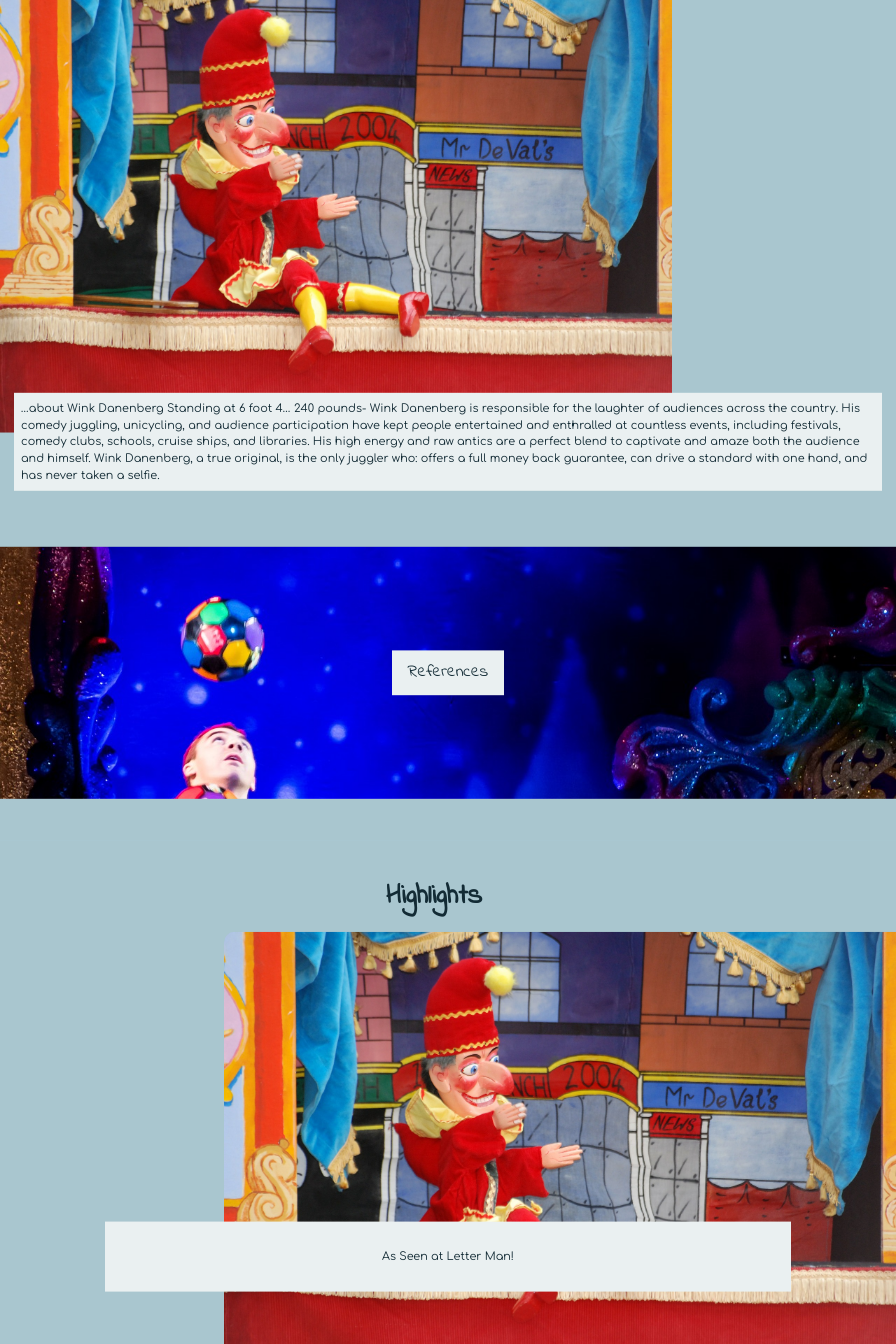
Repository: Sbethm/wink
Page: index.html
The author's editor kept a copy of each file at every save. The page is drawn from the files as they stood at one save, then again after a run of saves.
The browser window is 1280 px wide. The pictures show the part of the page from y = 1433 to 3353 px (the page is 5471 px tall), at 70% of full size.
The style sheet was rebuilt from its Sass, Less or Tailwind sources for each picture, by a compiler version that may differ from the author's.

Above is the page before, as saved 2021-09-07 17:30:04.

### index.html
<!DOCTYPE html>
<html lang="en">
<head>
    <meta charset="UTF-8">
    <meta http-equiv="X-UA-Compatible" content="IE=edge">
    <meta name="viewport" content="width=device-width, initial-scale=1.0">
    <link rel="preconnect" href="https://fonts.googleapis.com">
    <link rel="preconnect" href="https://fonts.gstatic.com" crossorigin>
    <link href="https://fonts.googleapis.com/css2?family=Acme&family=Comfortaa:wght@400;500;600;700&family=Indie+Flower&display=swap" rel="stylesheet">
    <!--
        font-family: 'Acme', sans-serif;
        font-family: 'Comfortaa', cursive;
        font-family: 'Indie Flower', cursive;
    -->

    <link rel="stylesheet" href="./CSS/main.css">
    <title>Wink Danenberg: The Greatest Showman</title>
</head>
<body>
    <header id="headerBg">
        <h1 id="logo">Wink</h1>
        <div class="menu--btn">
            <ul class="menu">
                <li class="menu--item">Shows</li>
                <li class="menu--item">Wink</li>
                <li class="menu--item">Calender</li>
                <li class="menu--item">Contact</li>
            </ul>
        </div>
    </header>
    <main>
        <section class="main--slideshow">
            <!--images are set on automatic slide-->
                <img src="./img/img1.jpg" alt="" id="slide--img">
                <img src="./img/img2.jpg" alt="" id="slide--img">
                <img src="./img/img3.jpg" alt="" id="slide--img">
            <div class="slideshow--quote">Comedy for the Whole Family!</div>
        </section>
        <!--EVENTS-
            Description of Wink's shows. What does he do? Who are the shows geared towards? etc.-->
        <section class="event">
            <div class="container container--event">
                <a href="./events.html"><h2 class="heading--center">Events</h2></a>
                <p class="info--short center">Do you want a man who can tickle your funny bone? Look no further than Wink!</p>
                <div class="event--slideshow">
                    <!--each div is set on a swipe slide-->
                    <a href=""><div class="event--retreats event--slide">
                        <p class="event--type">Retreats</p>
                    </div></a>
                    <a href=""><div class="event--schools event--slide">
                        <p class="event--type">Schools</p>
                    </div></a>
                    <a href=""><div class="event--events event--slide">
                        <p class="event--type">Events</p>
                    </div></a>
                </div>
            </div>
        </section>
         <!--WINK-
            Who is Wink? A little about Wink and his past experience as a showman -->
        <section class="wink">
            <div class="container container--wink">
                <h2 class="heading--center">Wink Danenberg</h2>
                <div class="img--container">
                    <img src="./img/img2.jpg" alt="" class="img--set--left js--scroll">
                </div>
                <p class="text--full--center">
                    …about Wink Danenberg
                    Standing at 6 foot 4… 240 pounds- Wink Danenberg is responsible for the laughter of audiences  across the country. His comedy juggling, unicycling, and audience participation have kept people  entertained and enthralled at countless events, including festivals, comedy clubs, schools, cruise
                    ships, and libraries. His high energy and raw antics are a perfect blend to captivate and amaze  both the audience and himself. Wink Danenberg, a true original, is the only juggler who: offers a  full money back guarantee, can drive a standard with one hand, and has never taken a selfie.
                </p>
            </div>
        </section>
         <!--REFERENCES-
            A section with a link to references for Wink's shows-->
        <section class="references cover">
            <!--CHANGE BTN TO DIV-->
            <button class="reference--btn">References</button>
        </section>
         <!--EXPERIENCE HIGHLIGHTS-
            A section that shows some of the highlights of his experience-->
        <section class="experience">
            <div class="container container--experience">
                <h2 class="heading--center">Highlights</h2>
                <div class="experience--block">
                    <img src="./img/img2.jpg" alt="" class="img--set--right js--scroll">
                <p class="text--small--center">As Seen at Letter Man!</p>
                </div>
                <div class="experience--block">
                    <img src="./img/img2.jpg" alt="" class="img--set--left js--scroll">
                    <p class="text--small--center">As Seen at Letter Man!</p>
                </div>
                <div class="experience--block">
                        <img src="./img/img2.jpg" alt="" class="img--set--right js--scroll">
                    <p class="text--small--center">As Seen at Letter Man!</p>
                </div>
            </div>
        </section>
         <!--CONTACT-
            email and (maybe) phone information about how to contact Wink-->
        <section class="contact cover">
            <button class="contact--btn">Contact</button>
        </section>
    </main>
    <footer></footer>
    <script src="./JS/main.js"></script>
</body>
</html>

### JS/main.js
/*
 TABLE OF CONTENTS
    1.
    2.
    3.
    4.
    5.
*/


//1. HEADER CAROUSEL
    //Header variables
    const slides = document.querySelectorAll('#slide--img');
    const headerBg = document.getElementById('headerBg');
    const logo = document.getElementById('logo');

    //Changing header on scroll
    window.onscroll = function() {
        if (window.scrollY > 130) {
            headerBg.style.background = 'rgb(234, 240, 241)';
            headerBg.style.borderBottom = 'solid 1px rgb(19, 43, 53)';
            logo.style.color = 'rgb(19, 43, 53)';
        } else {
            headerBg.style.background = 'none';
            headerBg.style.borderBottom = 'solid 1px rgb(234, 240, 241)';
            logo.style.color = 'rgb(234, 240, 241)';
        }
    }

    //Index main slideshow
    setInterval(nextImg, 4000);

    let currentImg = 0;
    slides[currentImg].style.opacity = 1;

    function nextImg() {
        slides[currentImg].style.opacity = 0;
        currentImg = (currentImg + 1) % slides.length;
        slides[currentImg].style.opacity = 1;
    }

//2. SCROLL ANIMATIONS
    //Scroll variables
    const scrollElements = document.querySelectorAll(".js--scroll");
    const fromLeftElements = document.querySelectorAll(".img--set--left");
    const fromRightElements = document.querySelectorAll(".img--set--right");

    //When element is on screen or off scree
    const elementInView = (el) => {
    const elementTop = el.getBoundingClientRect().top;

    return (
        elementTop <=
        (window.innerHeight || document.documentElement.clientHeight));
    };

    const elementOutofView = (el) => {
    const elementTop = el.getBoundingClientRect().top;

    return (
        elementTop > (window.innerHeight || document.documentElement.clientHeight)
    );
    };

    //Fade-In & Fade-out functions
    const displayScrollElement = (element) => {
    element.classList.add("scrolled");
    };
    const hideScrollElement = (element) => {
    element.classList.remove("scrolled");
    };

    //Shift left functions
    const shiftOnScreenLeft = (el) => {
        el.classList.add('shifted--from--left');
    }
    const shiftOffScreenLeft = (el) => {
        el.classList.remove('shifted--from--left');
    }

    //Shift right functions into view
    const shiftOnScreenRight = (el) => {
        el.classList.add('shifted--from--right');
    }
    const shiftOffScreenRight = (el) => {
        el.classList.remove('shifted--from--right');
    }


const handleOpacityAnimation = () => {
  scrollElements.forEach((el) => {
    if (elementInView(el)) {
        displayScrollElement(el);
    } else if (elementOutofView(el)) {
        hideScrollElement(el)
    }
  })
}

const handleShiftAnimationLeft = () => {
    fromLeftElements.forEach((el) => {
    if (elementInView(el)) {
        shiftOnScreenLeft(el)
    } else if (elementOutofView(el)) {
        shiftOffScreenLeft(el)
    }
  })
}

const handleShiftAnimationRight = () => {
    fromRightElements.forEach((el) => {
    if (elementInView(el)) {
        shiftOnScreenRight(el)
    } else if (elementOutofView(el)) {
        shiftOffScreenRight(el)
    }
  })
}

window.addEventListener("scroll", () => {
    handleOpacityAnimation();
    handleShiftAnimationLeft();
    handleShiftAnimationRight();
})

// const fadeEl = document.querySelectorAll('.js--scroll');

// fadeEl.forEach((el) => {
//     el.style.opacity = '0';
// });

// const elInView = (el) => {
//     const elementTop = el.getBoundingClientRect().top;
//     return (elementTop <= window.innerHeight || document.documentElement.clientHeight);
// }

// const displayElement = (el) => {
//     el.classList.add('scrolled');
// }

// const scrollAnimation = () => {
//     fadeEl.forEach((el) => {
//         if(elInView(el, 100)){
//             displayElement(el);
//         }
//     })
// }

// window.addEventListener("scroll", () => {
//     scrollAnimation();
//   });

//SLIDE-IN

### SCSS/main.scss
@import "./resets", "./variables";


//GENERAL STYLING
body{
    width: 100vw;
    background-color: $bgColor1;
    overflow-x: hidden;
}

main {
    overflow-x: hidden;
}

section {
    width: 100vw;
    height: fit-content;
    background-color: $bgColor1;
    color: $accentColor1;
    font-family: $mainFont;
    font-size: 1rem;
}

.container {
    margin: 60px 20px;
    padding: 60px 0;
    width: calc(100vw - 40px);
    background-color: $bgColor1;
    border-bottom: solid 2px $accentColor2;
}

.heading--center {
    padding-bottom: 30px;
    width: 100%;
    font-family: $accentFont;
    font-size: 2.5rem;
    text-align: center;
}

a {
    text-decoration: none;
}

p {
    font-family: $mainFont;
    font-size: 1rem;
    line-height: 1.5rem;
}

.center {
    padding-bottom: 30px;
    width: 100%;
    text-align: center;
}

//HEADER AND MAIN SLIDESHOW
header {
    position: fixed;
    top: 0;
    height: 4rem;
    width: 100vw;
    padding: 1rem;
    z-index: 9;
    overflow: hidden;
    background: aliceblue;
    border-bottom: solid 1px rgb(13, 81, 139);
    transition: all 0.50s ease-in;
    box-sizing: border-box;

    & h1 {
        font-family: $accentFont;
        font-size: 2rem;
        color: rgb(13, 81, 139);
        transition: all 0.50s ease-in;
    }
}

.menu--item{
    display: none;
}

.main--slideshow {
    height: 100vh;
    width: 100vw;
    background-color: #000;
}

#slide--img {
    position: absolute;
    top: 0;
    left: 0;
    width: 100%;
    height: 100%;
    object-fit: cover;
    overflow: hidden;
    opacity: 0;
    transition: all 0.75s ease-in;
    z-index: 0;
}

.slideshow--quote {
    position: absolute;
    top: calc(100vh - 75vh);
    width: 100vw;
    font-size: 5rem;
    font-family: $headerFont;
    font-weight: 800;
    color: aliceblue;
    text-align: center;
}

//EVENTS
.event{
    padding-top: 20px;
}

.event--slideshow {
    display: flex;
    flex-direction: row;
    overflow: scroll;

    & .event--slide {
        margin: 10px;
        width: 10rem;
        height: 12rem;
        display: grid;
        background-image: url(../img/img1.jpg);
        box-shadow: 10px 5px 5px rgba(100, 100, 100, 0.377);
        grid-template-columns: 100%;
        justify-items: center;
        align-items: center;

        & .event--type {
            padding: 5px;
            width: 75%;
            background-color: $bgColor2;
            font-family: $accentFont;
            color: $accentColor1;
            text-align: center;
        }
    }
}

//ABOUT WINK
.container--wink {
    margin: 0 20px;
    padding: 20px 0;
    border: hidden;
}

.img--set--left {
    width: 75vw;
    position: relative;
    left: -350px;
    z-index: 1;
    border-radius: 0 15px 15px 0;
    transition: all 3000ms;

    &.shifted--from--left {
    left: -20px;
    }
}

.text--full--center {
    position: relative;
    padding: 10px;
    top: -60px;
    z-index: 2;
    background-color: $bgColor2;
}

//REFERENCES and CONTACT
.cover {
    width: 100vw;
    height: 50vh;
    display: flex;
    justify-content: center;
    align-items: center;
    background-image: url(../img/img1.jpg);

    & button {
        width: 10rem;
        height: 4rem;
        font-family: $accentFont;
        font-size: 1.5rem;
        color: $accentColor1;
        background-color: $bgColor2;
        border: hidden;
    }
}

//EXPERIENCE HIGHLIGHTS
.container--experience{
    margin-left: 0;
    margin-right: 0;
    border-bottom: hidden;
}

.experience--block {
    display: grid;
    grid-template-columns: 100vw;
    grid-template-rows: 25% 75%;
    width: 100vw;
    overflow-x: hidden;

    & .img--set--right {
        grid-area: 1/1/2/3;
        justify-self: flex-end;
        width: 75vw;
        z-index: 1;
        border-radius: 15px 0 0 15px;
        padding-left: 100vw;
        transition: all 3000ms;
    }

    & .shifted--from--right{
        padding-left: 0px;
    }

    & .img--set--left {
        grid-area: 1/1/2/3;
        justify-self: flex-start;
        width: 75vw;
        z-index: 1;
        border-radius: 0 15px 15px 0;
        transition: all 3000ms;
    }

    & .text--small--center {
        align-self: center;
        justify-self: center;
        width: 75%;
        height: 5rem;
        padding: 10px;
        z-index: 2;
        background-color: $bgColor2;
        text-align: center;
        line-height: 5rem;
    }
}





//CONTACT *see references

//JAVASCRIPT ELEMENTS
.js--scroll {
    opacity: 0;
    transition: all 3000ms;
}

.js--scroll.scrolled{
    opacity: 1;
}

### SCSS/_variables.scss
//FONTS
$headerFont: 'Acme', sans-serif;
$accentFont: 'Indie Flower', cursive;
$mainFont: 'Comfortaa', cursive;

//COLORS
// $bgColor1: rgb(207, 184, 169);
// $bgColor2: rgb(241, 237, 234);
// $accentColor1: rgb(53, 33, 19);
// $accentColor2: rgb(83, 50, 27);
$bgColor1: rgb(169, 198, 207);
$bgColor2: rgb(234, 240, 241);
$accentColor1: rgb(19, 43, 53);
$accentColor2: rgb(51, 114, 141);

Loaded but not shown: SCSS/_resets.scss (common file)

After the next 2 saves:
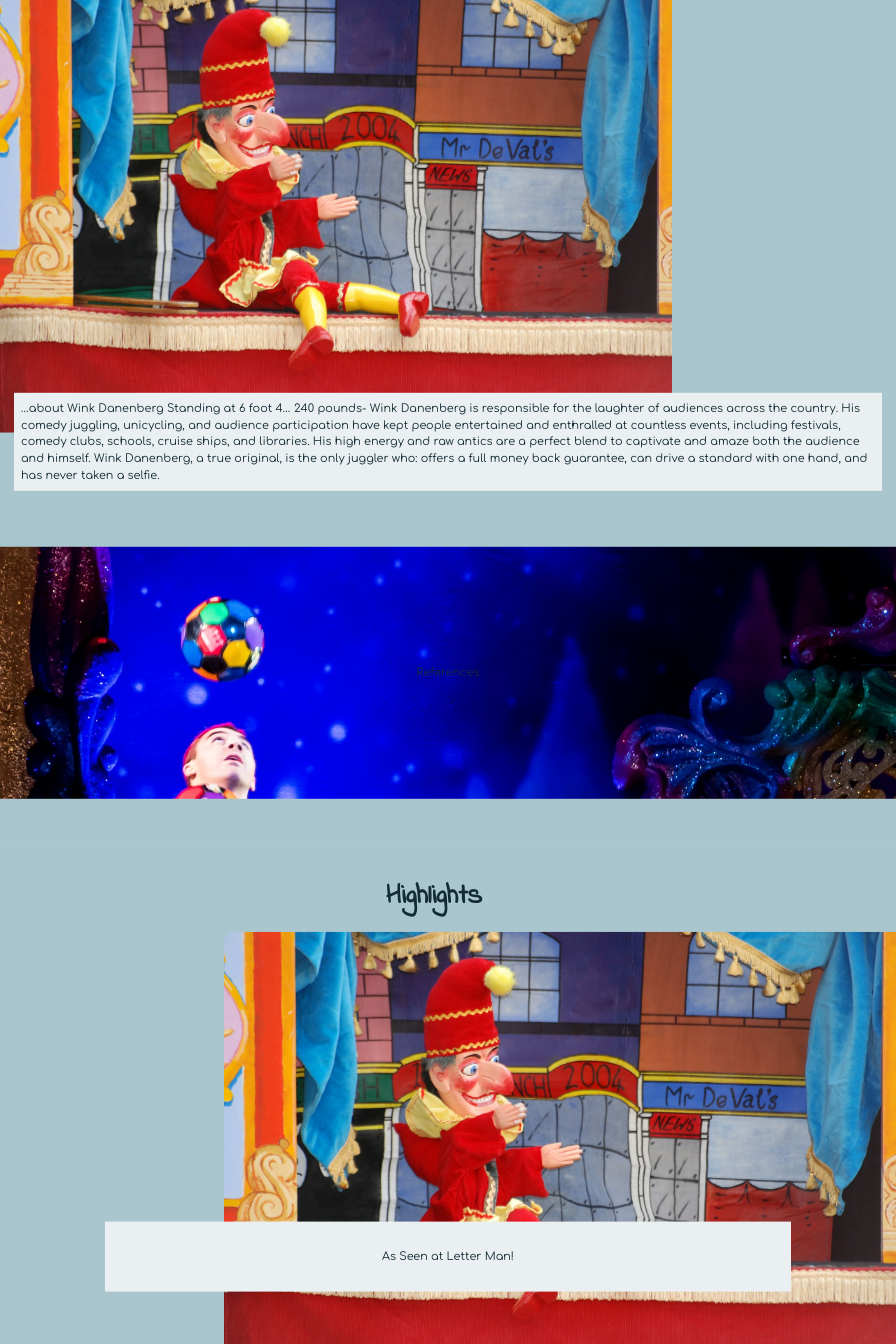
The 2 saves are shown as one change because they came seconds apart.
The last was saved 17 s later.
--- a/index.html
+++ b/index.html
@@ -75,7 +75,7 @@
             A section with a link to references for Wink's shows-->
         <section class="references cover">
             <!--CHANGE BTN TO DIV-->
-            <button class="reference--btn">References</button>
+            <div class="reference--btn">References</div>
         </section>
          <!--EXPERIENCE HIGHLIGHTS-
             A section that shows some of the highlights of his experience-->

After the save that followed:
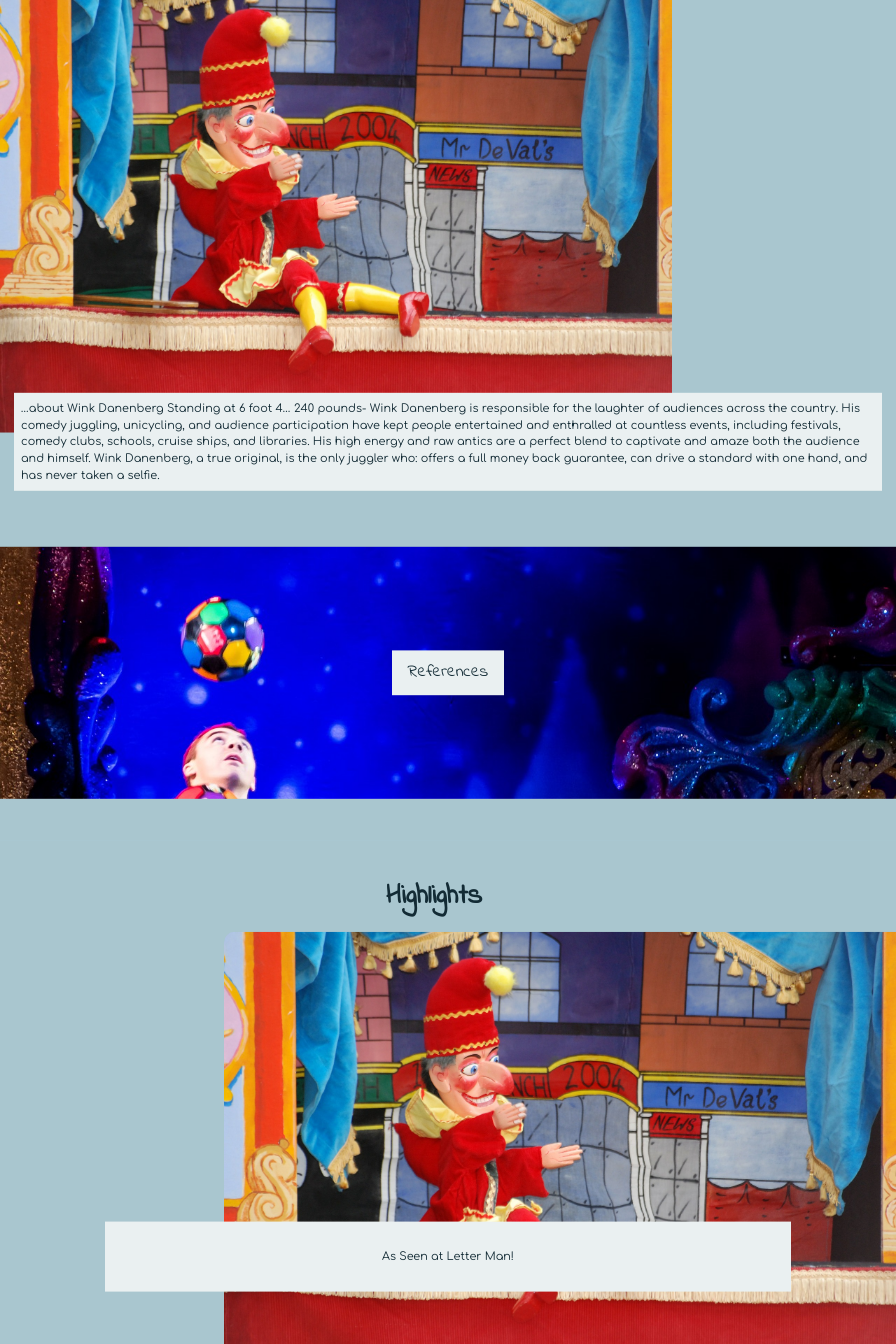
Saved 16 s later.
--- a/index.html
+++ b/index.html
@@ -75,7 +75,7 @@
             A section with a link to references for Wink's shows-->
         <section class="references cover">
             <!--CHANGE BTN TO DIV-->
-            <div class="reference--btn">References</div>
+            <button class="reference--btn">References</button>
         </section>
          <!--EXPERIENCE HIGHLIGHTS-
             A section that shows some of the highlights of his experience-->
